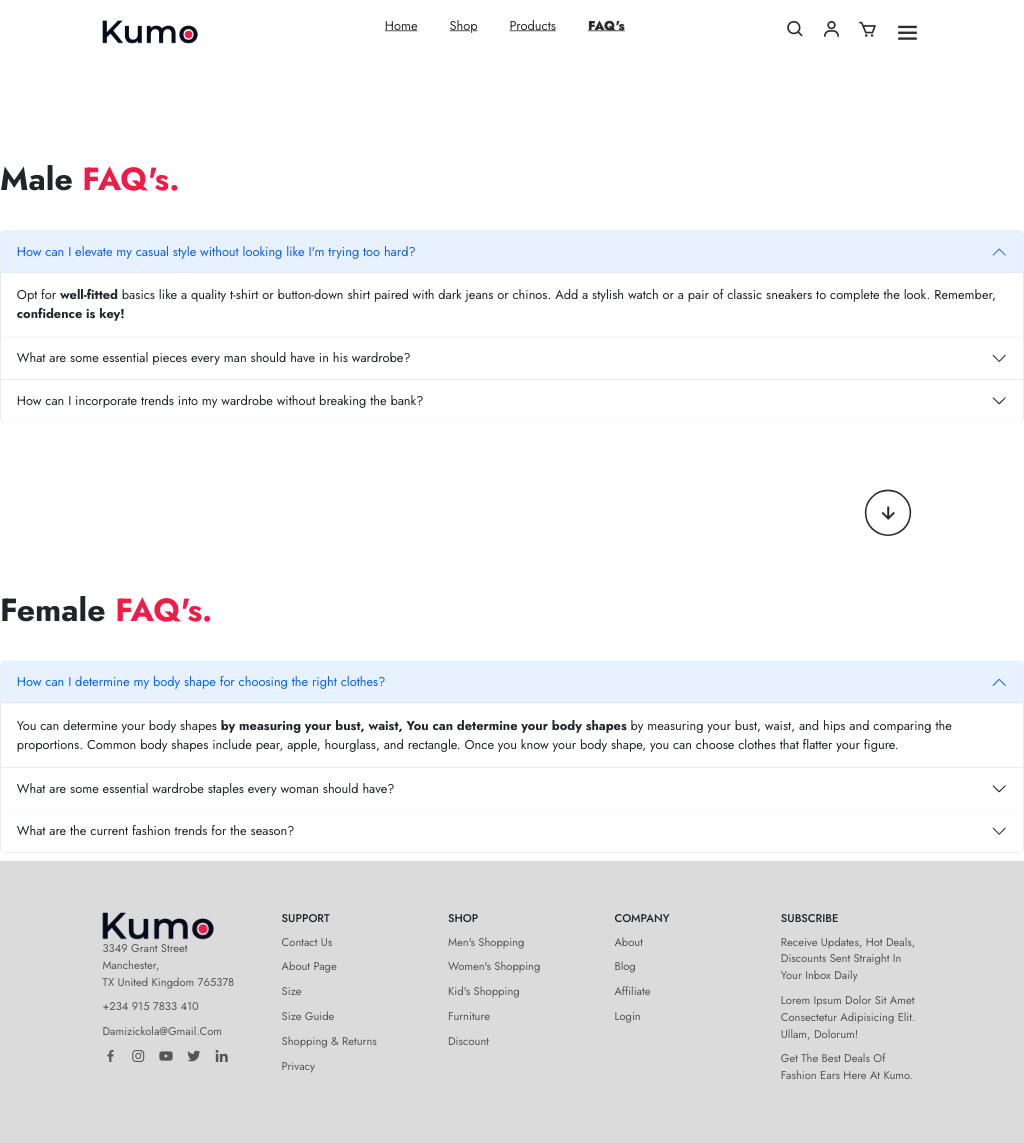
Repository: isaacCodes1/Kumo-Website.
Page: Questions.html
These files come from the project's save history. The page is drawn as it stood at one moment and after a run of saves; the edit follows.
The browser window is 1280 px wide. The pictures show the whole page, at 80% of full size.

Above is the page before, as saved 2024-03-26 11:16:09.

After the next 2 saves:
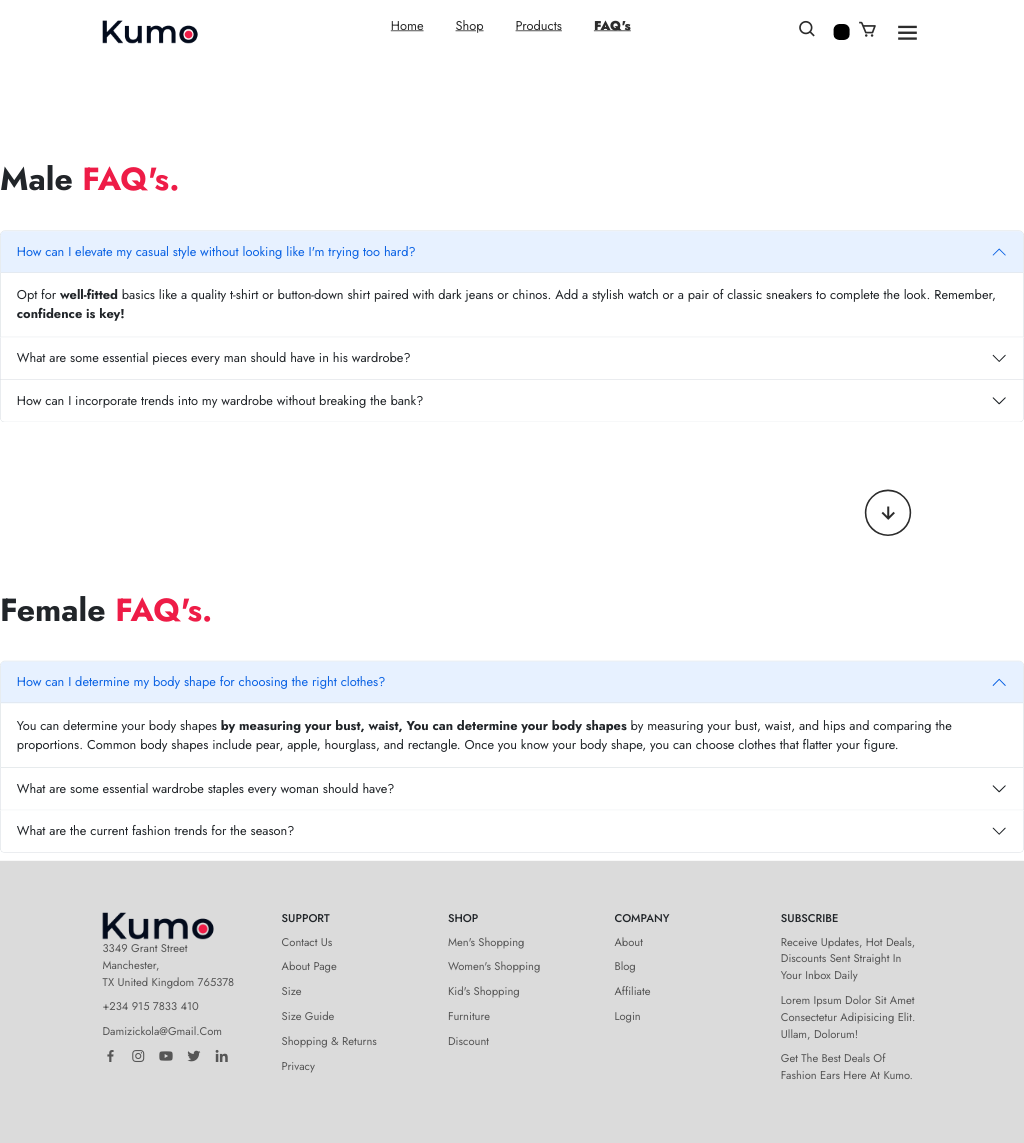
The 2 saves are shown as one change because they came seconds apart.
The last was saved 15 s later.
--- a/Questions.html
+++ b/Questions.html
@@ -49,7 +49,7 @@
       </ul>
       <div class="nav-icon">
         <a href="#"><i class="bx bx-search"></i></a>
-        <a href="form.html"><i class="bx bx-user"></i></a>
+        <button class="yes"></button>
         <a href="shop.html"><i class="bx bx-cart"></i></a>
         <div class="bx bx-menu" id="menu-icon"></div>
       </div>
